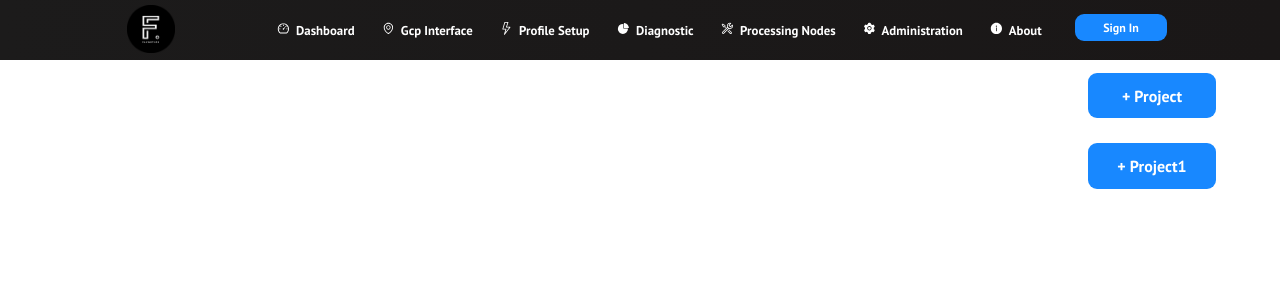
Repository: Akshaykumar1111/akki
Page: /Dashboard
An editor plug-in stored every save of this project. The page is shown before and after the next save, followed by the edit.
The browser window is 1280 px wide. The pictures show the whole page.
Some web libraries are served in a nearby version. The project was rebuilt for these pictures with package versions that can differ from the ones it lists, and the page was loaded fresh each time. Also part of the build but not shown: src/components/pages/Administration.css, src/components/pages/Administration.js, src/components/pages/Diagnostic.js, src/components/pages/ProfileSetup.js, src/components/pages/GcpInterface.js, src/components/pages/ProcessingNodes.js, src/components/pages/About.js, src/components/pages/Popup.css and 7 more.

Above is the page before, as saved 2022-10-18 19:37:12.

After the next save:
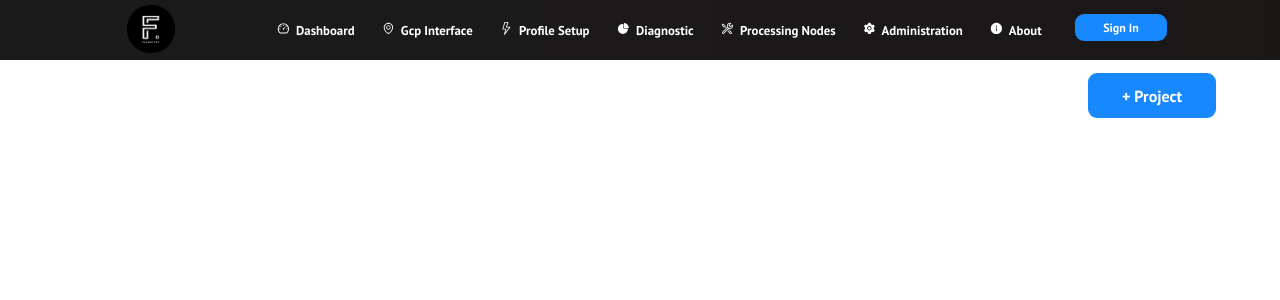
Saved 38 h 19 min later.
--- a/src/components/pages/Dashboard.js
+++ b/src/components/pages/Dashboard.js
@@ -7,7 +7,6 @@ export default function Dashboard() {
   return ( <>
   {/* <h1 className='Dashboard'>Developer Tools</h1> */}
   <button type="button" className='btn projectbtn'>+ Project</button>
-  <button type="button" className='btn projectbtn'>+ Project1</button>
   </>
   )
  }
